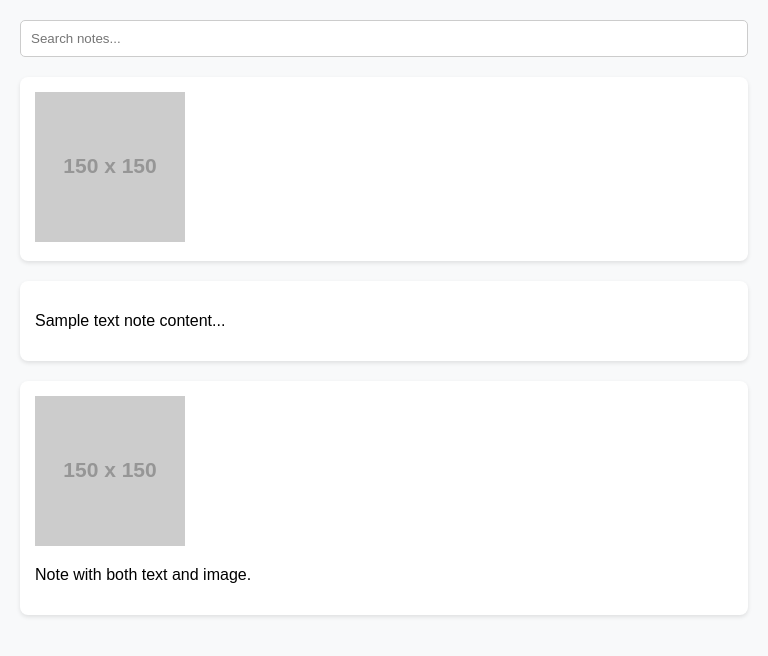
Repository: SatenikGabrielyan/HTML_CSS-_Assignment
Page: index.html
These files come from the project's save history. The page is drawn as it stood at one moment and after a run of saves; the edit follows.
The browser window is 768 px wide. The pictures show the whole page.

Above is the page before, as saved 2025-03-16 11:26:23.

After the next 2 saves:
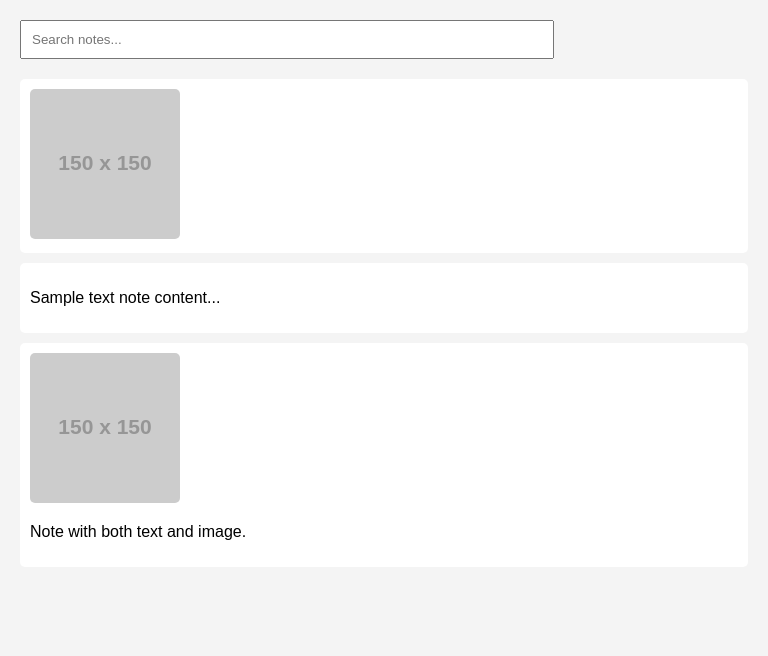
The 2 saves are shown as one change because they came seconds apart.
The last was saved 3 min 50 s later.
--- a/style.css
+++ b/style.css
@@ -1,122 +1,91 @@
-/* Define CSS Variables for Colors */
 :root {
-    --primary-color: #6A5ACD; /* Example purple color */
-    --background-color: #F8F9FA;
+    --primary-color: #6a5acd;
+    --secondary-color: #f4f4f4;
     --text-color: #333;
-    --hover-color: rgba(106, 90, 205, 0.5);
-    --scrollbar-track: #E0E0E0;
-    --scrollbar-thumb: #6A5ACD;
 }
-
 body {
     font-family: Arial, sans-serif;
-    background-color: var(--background-color);
     margin: 0;
     padding: 0;
+    background: var(--secondary-color);
 }
-
 .container {
     display: flex;
     height: 100vh;
 }
-
 .sidebar {
     width: 250px;
     background: var(--primary-color);
     color: white;
     padding: 20px;
-    transition: all 0.3s ease;
+    display: flex;
+    flex-direction: column;
 }
-
 .sidebar h2 {
-    font-size: 1.5rem;
+    margin: 0 0 20px;
 }
-
-nav ul {
+.sidebar ul {
     list-style: none;
     padding: 0;
 }
-
-nav ul li {
+.sidebar ul li {
     padding: 10px;
     cursor: pointer;
-    display: flex;
-    align-items: center;
-    gap: 10px;
-    transition: background 0.3s;
 }
-
-nav ul li:hover {
-    background: var(--hover-color);
-}
-
 .add-note {
-    width: 100%;
+    margin-top: auto;
     padding: 10px;
     background: white;
     color: var(--primary-color);
     border: none;
     cursor: pointer;
-    display: flex;
-    align-items: center;
-    justify-content: center;
-    gap: 10px;
 }
-
 .content {
     flex: 1;
     padding: 20px;
-    overflow-y: auto;
 }
-
-.search {
-    width: 100%;
+header {
+    display: flex;
+    justify-content: space-between;
+    align-items: center;
+    margin-bottom: 20px;
+}
+header input {
     padding: 10px;
-    border: 1px solid #ccc;
+    width: 70%;
+}
+.notes-grid {
+    display: grid;
+    grid-template-columns: repeat(auto-fit, minmax(150px, 1fr));
+    gap: 10px;
+}
+.note {
+    background: white;
+    padding: 10px;
     border-radius: 5px;
 }
-
-.notes-grid {
-    display: grid;
-    grid-template-columns: repeat(auto-fill, minmax(200px, 1fr));
-    gap: 20px;
-    margin-top: 20px;
-}
-
-.note {
-    background: white;
-    padding: 15px;
-    border-radius: 8px;
-    box-shadow: 0px 2px 4px rgba(0, 0, 0, 0.1);
-}
-
-/* Custom Scrollbar */
-.content::-webkit-scrollbar {
-    width: 10px;
-}
-
-.content::-webkit-scrollbar-track {
-    background: var(--scrollbar-track);
-}
-
-.content::-webkit-scrollbar-thumb {
-    background: var(--scrollbar-thumb);
+.note img {
+    max-width: 100%;
     border-radius: 5px;
 }
-
-/* Responsive Design */
+.add-note:hover {
+    background: rgba(106, 90, 205, 0.5);
+}
+::-webkit-scrollbar {
+    width: 8px;
+}
+::-webkit-scrollbar-thumb {
+    background: var(--primary-color);
+    border-radius: 4px;
+}
 @media (max-width: 768px) {
     .sidebar {
-        display: none;
-    }
-    .content header {
-        display: flex;
-        justify-content: space-between;
-    }
-    .content header i {
         display: none;
     }
     .notes-grid {
         grid-template-columns: 1fr;
     }
+    header i, .add-note {
+        display: none;
+    }
 }
